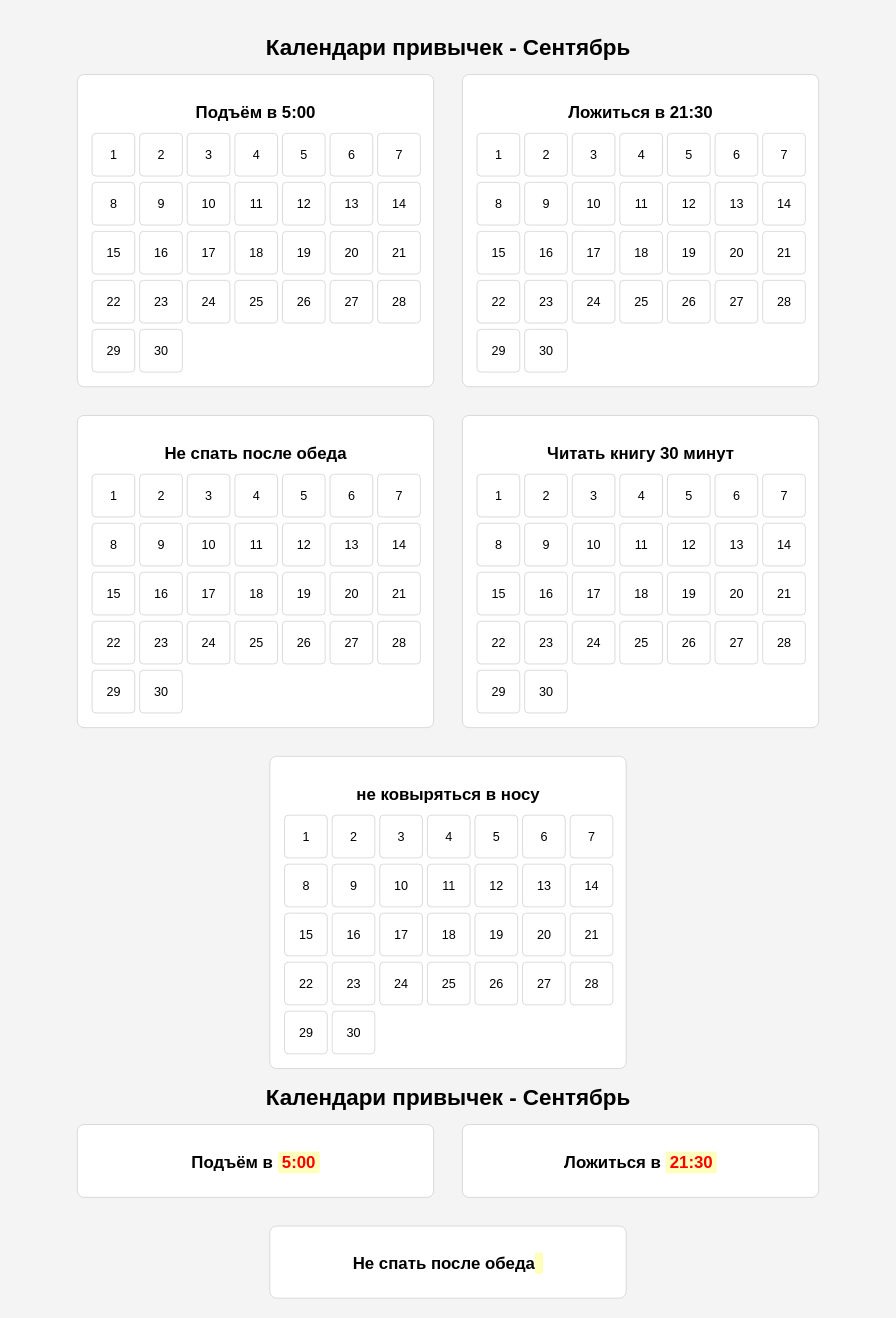
Repository: Pavel1776/doublecalendar
Page: index.html
These files come from the project's save history. The page is drawn as it stood at one moment and after the next save; the edit follows.
The browser window is 1280 px wide. The pictures show the whole page, at 70% of full size.

Above is the page before, as saved 2025-09-18 04:46:38.
Console error: SyntaxError: Identifier 'daysInSeptember' has already been declared

After the next save:
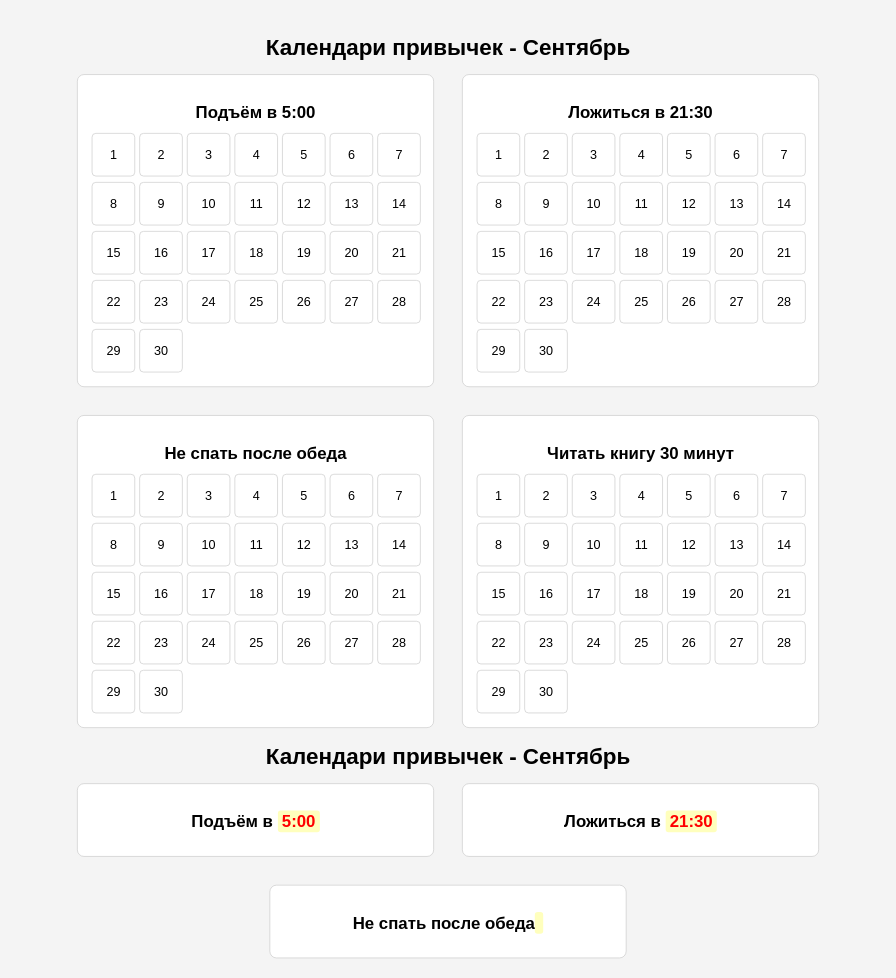
Saved 28 s later.
--- a/script.js
+++ b/script.js
@@ -5,8 +5,7 @@
   "Подъём в 5:00",
   "Ложиться в 21:30",
   "Не спать после обеда",
-  "Читать книгу 30 минут",
-  "не ковыряться в носу"
+  "Читать книгу 30 минут"
 ];
 
 // Функция для генерации ID на основе названия
